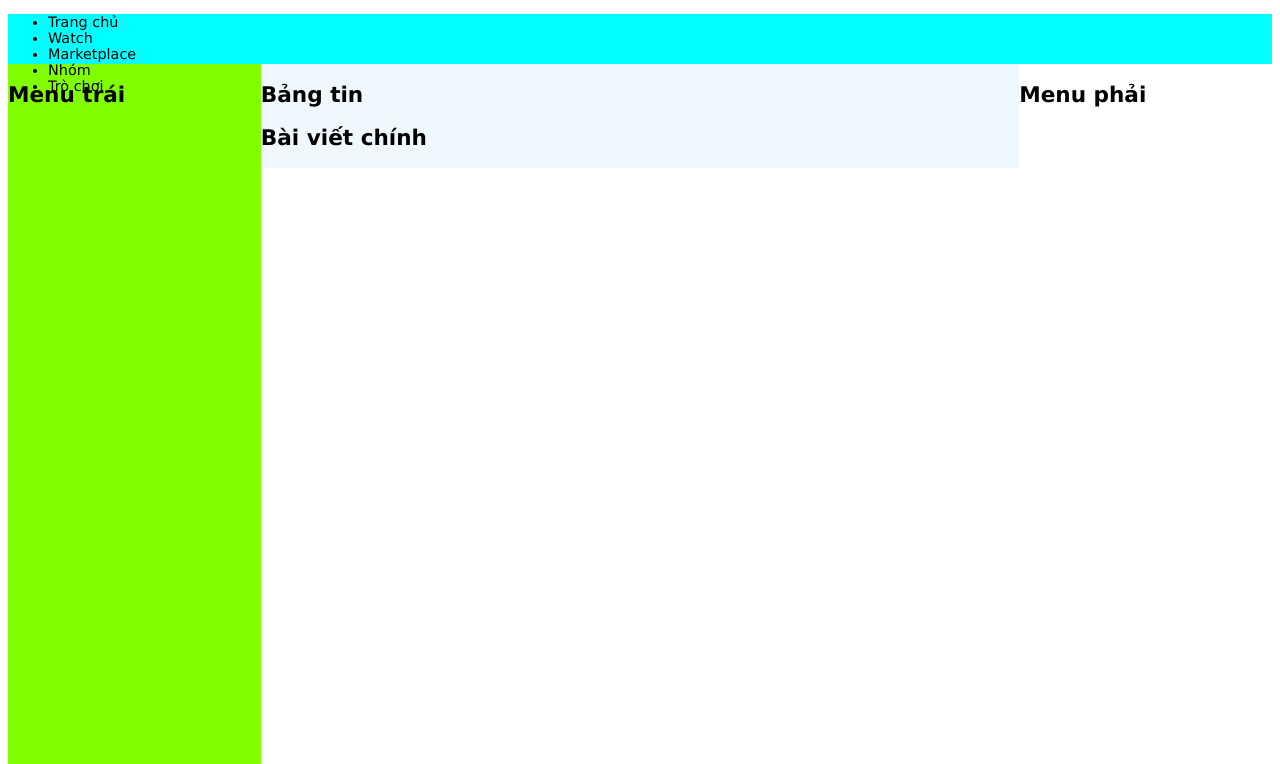
Repository: congle98/CSS_LayoutFacebookCoBan
Page: index.html
An editor plug-in stored every save of this project. The page is shown before and after the next save, followed by the edit.
The browser window is 1280 px wide. The pictures show the whole page.

Above is the page before, as saved 2021-05-26 15:30:32.

After the next save:
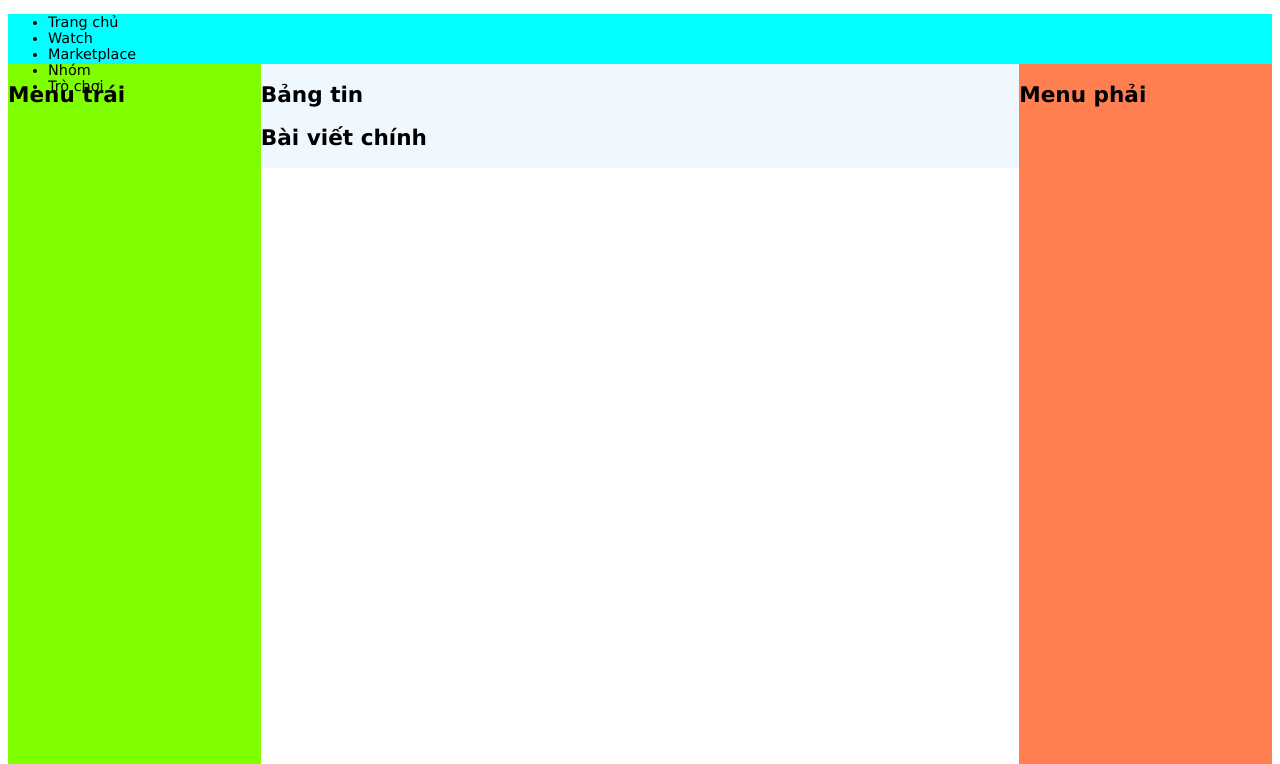
Saved 9 s later.
--- a/index.html
+++ b/index.html
@@ -30,7 +30,7 @@
         #sidebar-right{
             width: 20%;
             float: right;
-            background-color:coral
+            background-color:coral;
             height: 700px;
         }
 
